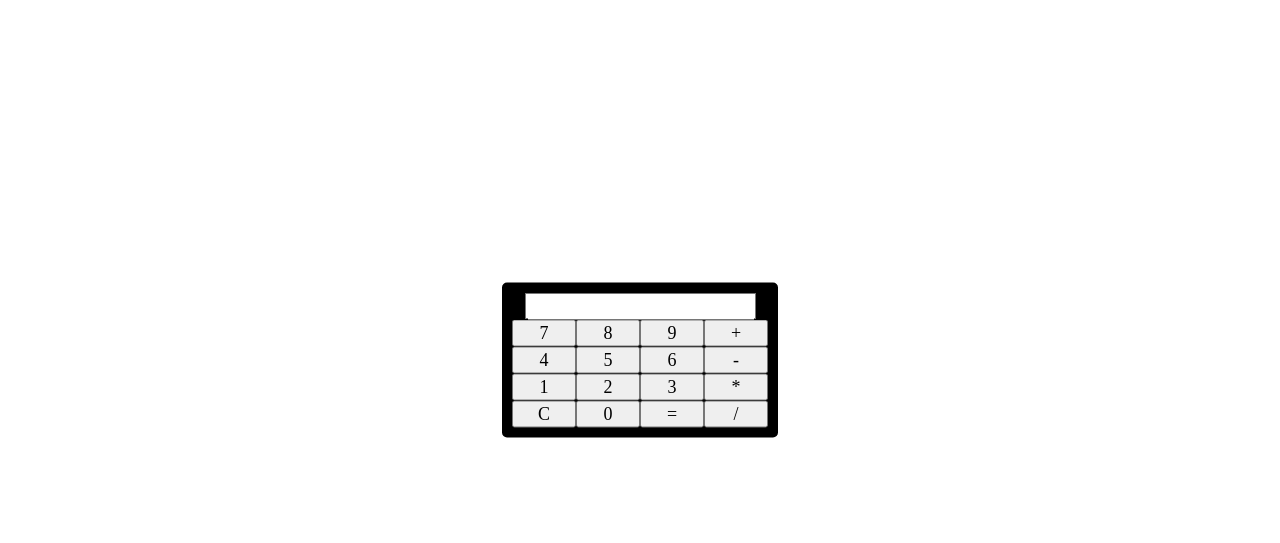
Repository: rajratangm/xcalculator
Page: /
These files come from the project's save history. The page is drawn as it stood at one moment and after the next save; the edit follows.
The browser window is 1280 px wide. The pictures show the whole page.
The project was rebuilt for these pictures with package versions that can differ from the ones it lists, and the page was loaded fresh each time. Also part of the build but not shown: vite.config.js.

Above is the page before, as saved 2024-04-03 11:07:43.

### src/App.js
import logo from './logo.svg';
import './App.css';
import { useState } from 'react';

function App() {
  const [result, setResult]= useState('')
  return (
    <>
    <div className='container'>
      <form>
        <input type='text' value={result}/>
      </form>
      <div className='keypad'>
        <button>7</button>
        <button>8</button>
        <button>9</button>
        <button>+</button>

        <button>4</button>
        <button>5</button>
        <button>6</button>
        <button>-</button>

        <button>1</button>
        <button>2</button>
        <button>3</button>
        <button>*</button>

        <button>C</button>
        <button>0</button>
        <button>=</button>
        <button>/</button>

      </div>
    </div>

    </>
  );
}

export default App;

### src/App.css
*{
  font-family: 'Robot', 'sans-serif';
  font-size: 18px;

}

body{
  display: flex;
  justify-content: center;
  align-items:center;

}

.container{
  top:50%;
  left: 50%;
  position:absolute;
  transform: translate(-50%,-50%);
  margin:0 auto;
  width: 256px;
  text-align: center;
  border: 10px solid black;
  background-color: black;
  border-radius: 5px;
}

.keypad{
  display: grid;
  grid-template-columns: repeat(4, 1fr);
  grid-auto-rows: minmax(60px)

}

Loaded but not shown: public/index.html (common file); src/index.js (common file); src/index.css (common file); src/reportWebVitals.js (common file)

After the next save:
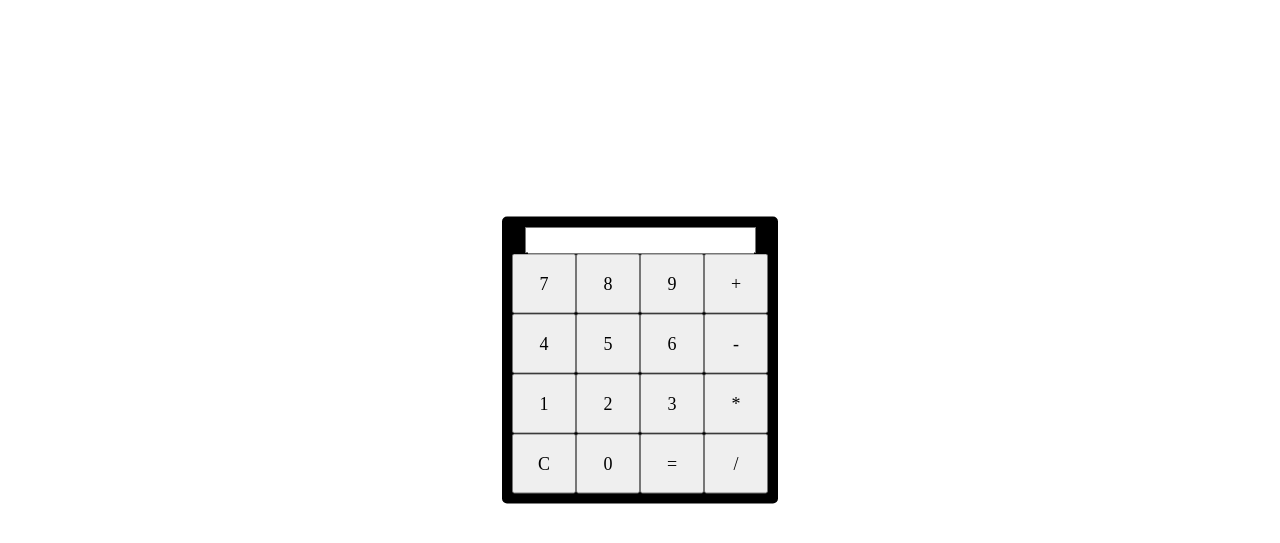
Saved 6 s later.
--- a/src/App.css
+++ b/src/App.css
@@ -27,6 +27,6 @@ body{
 .keypad{
   display: grid;
   grid-template-columns: repeat(4, 1fr);
-  grid-auto-rows: minmax(60px)
+  grid-auto-rows: minmax(60px,auto)
 
 }
